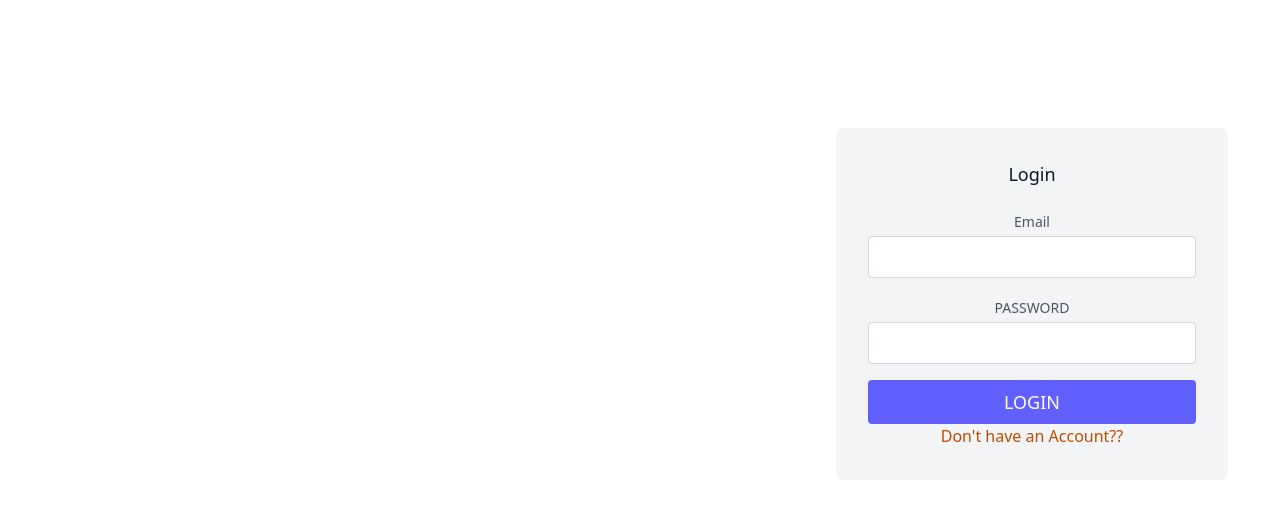
Repository: ridhukhan/Authentication
Page: / (app in frontend/)
These files come from the project's save history. The page is drawn as it stood at one moment and after the next save; the edit follows.
The browser window is 1280 px wide. The pictures show the whole page.
The page's requests for data from a server got no answer. The project was rebuilt for these pictures with package versions that can differ from the ones it lists, and the page was loaded fresh each time. No one was signed in, and anything a server would have sent is missing. Also part of the build but not shown: frontend/vite.config.js, frontend/src/pages/Allusers.jsx, frontend/src/pages/Home.jsx, frontend/src/pages/Register.jsx, frontend/src/pages/VerifyOtp.jsx, frontend/src/pages/Verify.jsx, frontend/src/pages/Dashboard.jsx, frontend/src/pages/Conversation.jsx and 1 more.

Above is the page before, as saved 2026-02-15 22:02:34.

After the next save:
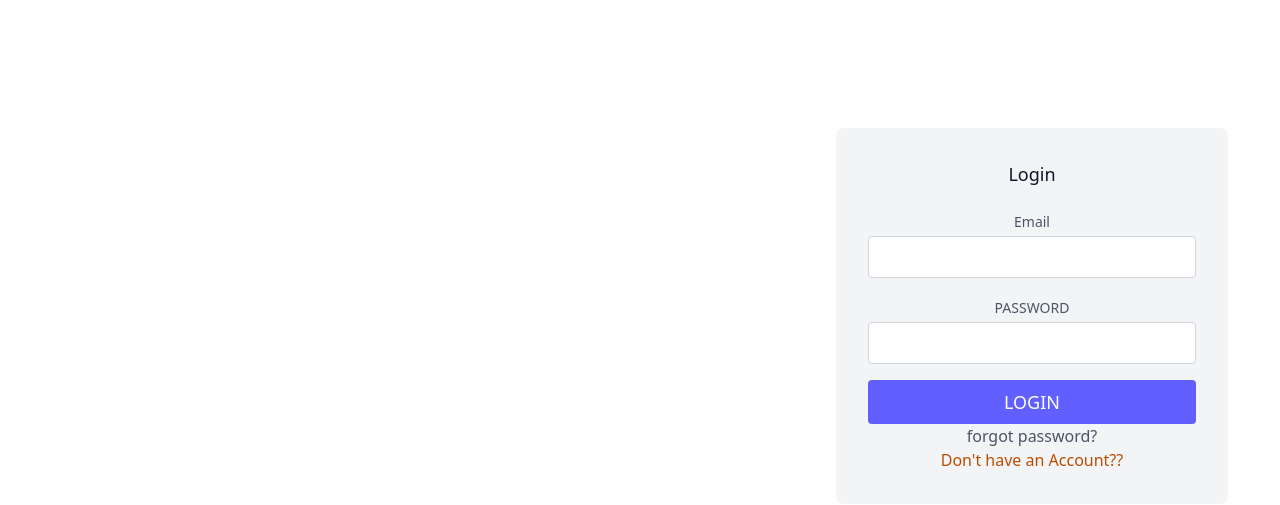
Saved 73 s later.
--- a/frontend/src/pages/login.jsx
+++ b/frontend/src/pages/login.jsx
@@ -56,7 +56,7 @@ try {
       </div>
       <button   className="text-white bg-indigo-500 border-0 py-2 px-8 focus:outline-none hover:bg-indigo-600 rounded text-lg"
        disabled={loading}>{loading?"submitting data.......":"LOGIN"}</button>
-
+<a><p>forgot password?</p>{navigate("/forgot-password")}</a>
    <Link to={"/register"} className='text-amber-700'>Don't have an Account??</Link>
     </form>
   </div>
